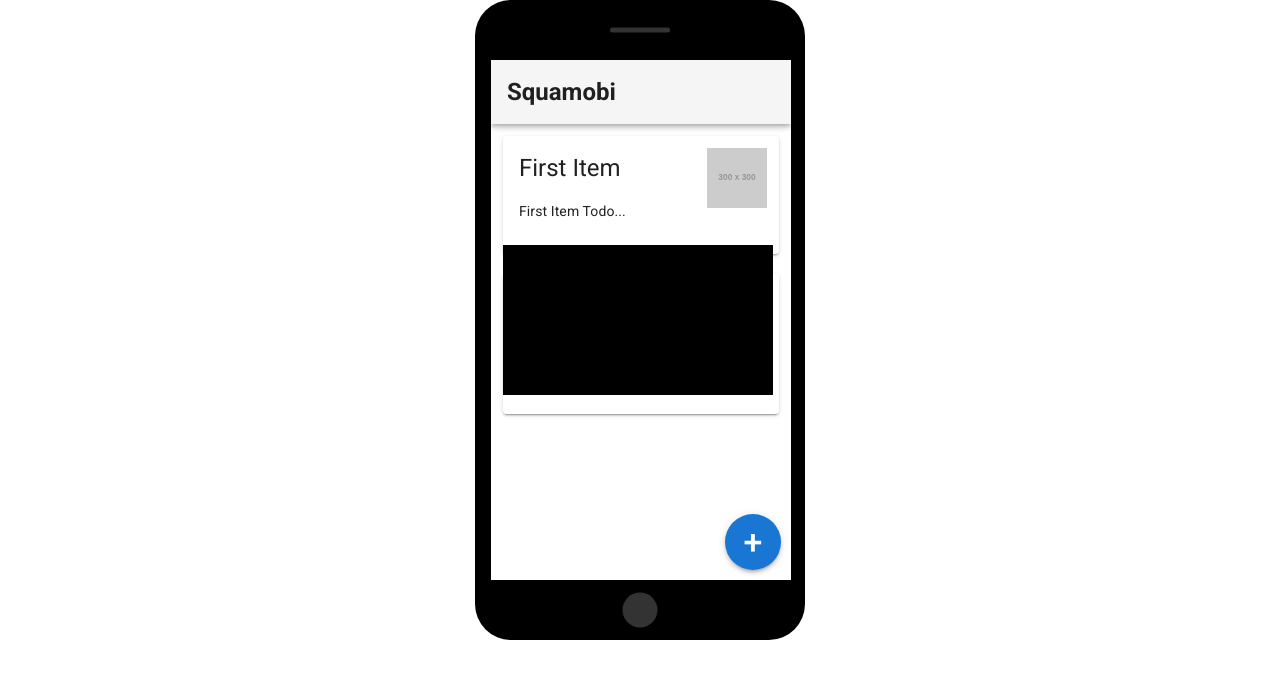
Repository: Keepnox/squamobi-interview
Page: /
An editor plug-in stored every save of this project. The page is shown before and after the next save, followed by the edit.
The browser window is 1280 px wide. The pictures show the whole page.
The project was rebuilt for these pictures with package versions that can differ from the ones it lists, and the page was loaded fresh each time. Also part of the build but not shown: vue.config.js. Imported but missing from the stored project, and not drawn on this page: src/views/About.vue.

Above is the page before, as saved 2022-01-15 23:40:33.

After the next save:
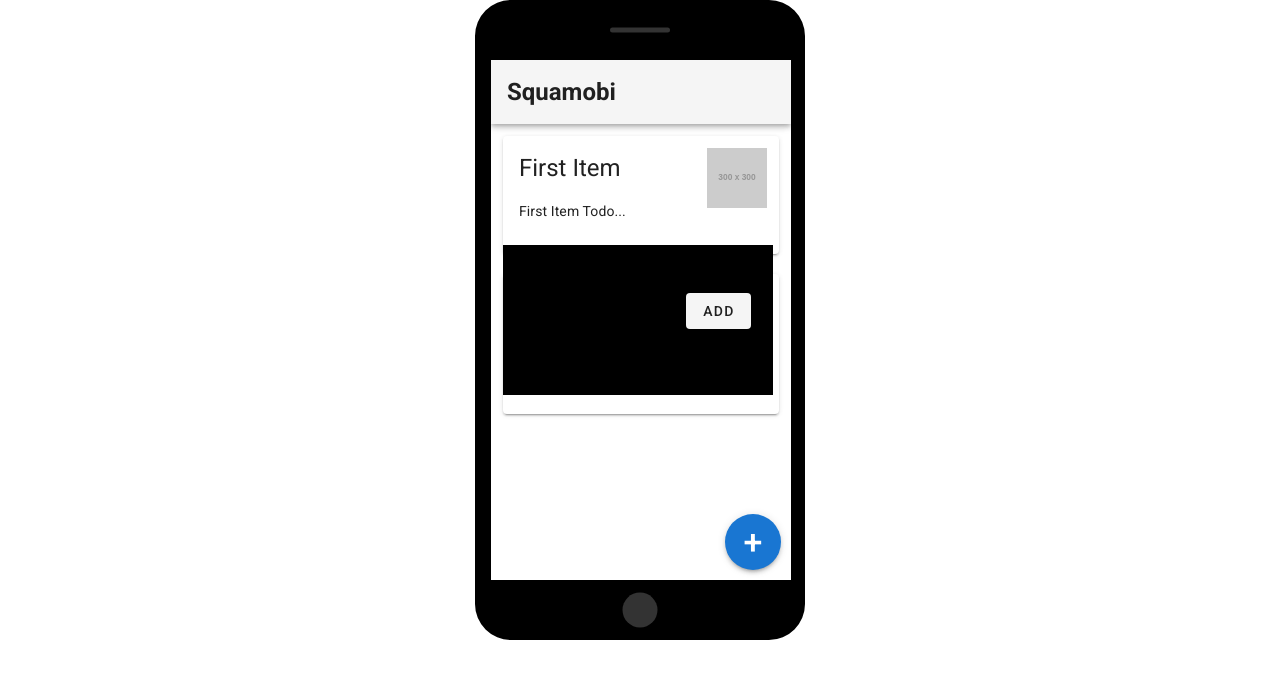
Saved 2 min 4 s later.
--- a/src/views/Home.vue
+++ b/src/views/Home.vue
@@ -19,12 +19,14 @@
           <div>Add Todo</div>
           <input type="text" >
           <input type="text" >
+          <v-btn>
+            Add
+          </v-btn>
         </div>
   </div>
 </template>
 
 <script>
-// @ is an alias to /src
 
 import TodoItem from '@/components/TodoItem.vue'
 
